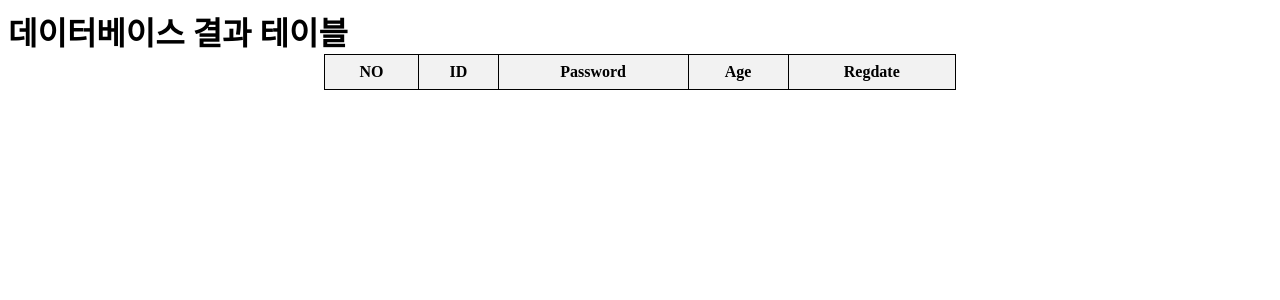
Repository: 2JISUN/hta-lecture-basic
Page: http://localhost/jsp03/list.jsp
These files come from the project's save history. The page is drawn as it stood at one moment and after the next save; the edit follows.
The browser window is 1280 px wide. The pictures show the whole page.
The page is served by Tomcat 10. Other server files are loaded and not shown. Queries for data that is not in the repository find no rows.

Above is the page before, as saved 2023-09-15 03:27:33.

### jsp-lecture/jsp03/src/main/webapp/list.jsp
<%@page import="java.sql.ResultSet"%>
<%@page import="java.sql.PreparedStatement"%>
<%@page import="java.sql.Connection"%>
<%@page import="java.sql.DriverManager"%>
<%@ page language="java" contentType="text/html; charset=UTF-8"
    pageEncoding="UTF-8"%>
<%


    //1. driver 찾기
    String driver = "oracle.jdbc.OracleDriver";
	Class.forName(driver);

	//2. url
	// 자바17 = 오라클11
	String url = "jdbc:oracle:thin:@localhost:1521:xe";
    String id = "jisun";
    String pw = "1234";

    Connection conn = DriverManager.getConnection(url, id, pw);
	System.out.println("db연결 성공");

	//3. 조회 : 쿼리 작성 + 결과값 받아오기
	//3-1. 쿼리문 처리 메서드
	//3-2. 결과값 받아오기 select 를 제외하고 나머지는 정수 0
	PreparedStatement pstmt = null;
	ResultSet rs = null;
	String sql = "select * from test";
	pstmt = conn.prepareStatement(sql);
	rs = pstmt.executeQuery();

	/*
	if(rs.next()){
		System.out.println(rs.getString("id"));
		System.out.println(rs.getString("password"));
	}
	if(rs.next()){
		System.out.println(rs.getString("id"));
		System.out.println(rs.getString("password"));
	}
	if(rs.next()){
		System.out.println(rs.getString("id"));
		System.out.println(rs.getString("password"));
	}
	*/

%>
<!DOCTYPE html>
<html>
<head>
    <meta charset="UTF-8">
    <title>데이터베이스 결과 테이블</title>
    <style>
    	h1 {
    	margin: auto;
    	}
        table {
            border-collapse: collapse;
            width: 50%;
            margin: auto;
        }

        th, td {
            border: 1px solid black;
            padding: 8px;
            text-align: center;
        }

        th {
            background-color: #f2f2f2;
        }
    </style>
</head>
<body>
    <h1>데이터베이스 결과 테이블</h1>
    <table>
        <tr>
        	<th>NO</th>
            <th>ID</th>
            <th>Password</th>
            <th>Age</th> <!-- Age 열 추가 -->
            <th>Regdate</th> <!-- RegDate 열 추가 -->
        </tr>
        <%
            while(rs.next()) {
        %>
            <tr>
            	<td><%= rs.getInt("no") %></td>
                <td><%= rs.getString("id") %></td>
                <td><%= rs.getString("password") %></td>
                <td><%= rs.getString("age") %></td> <!-- Age 값 표시 -->
                <td><%= rs.getString("regdate") %></td> <!-- Reg Date 값 표시 -->
            </tr>
        <%
            }
        %>
    </table>
</body>
</html>

After the next save:
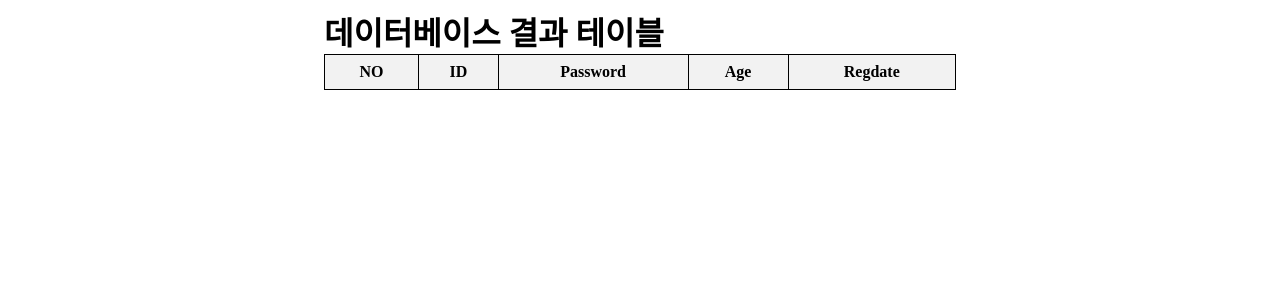
Saved 13 s later.
--- a/jsp-lecture/jsp03/src/main/webapp/list.jsp
+++ b/jsp-lecture/jsp03/src/main/webapp/list.jsp
@@ -52,6 +52,7 @@
     <title>데이터베이스 결과 테이블</title>
     <style>
     	h1 {
+    	width: 50%;
     	margin: auto;
     	}
         table {
